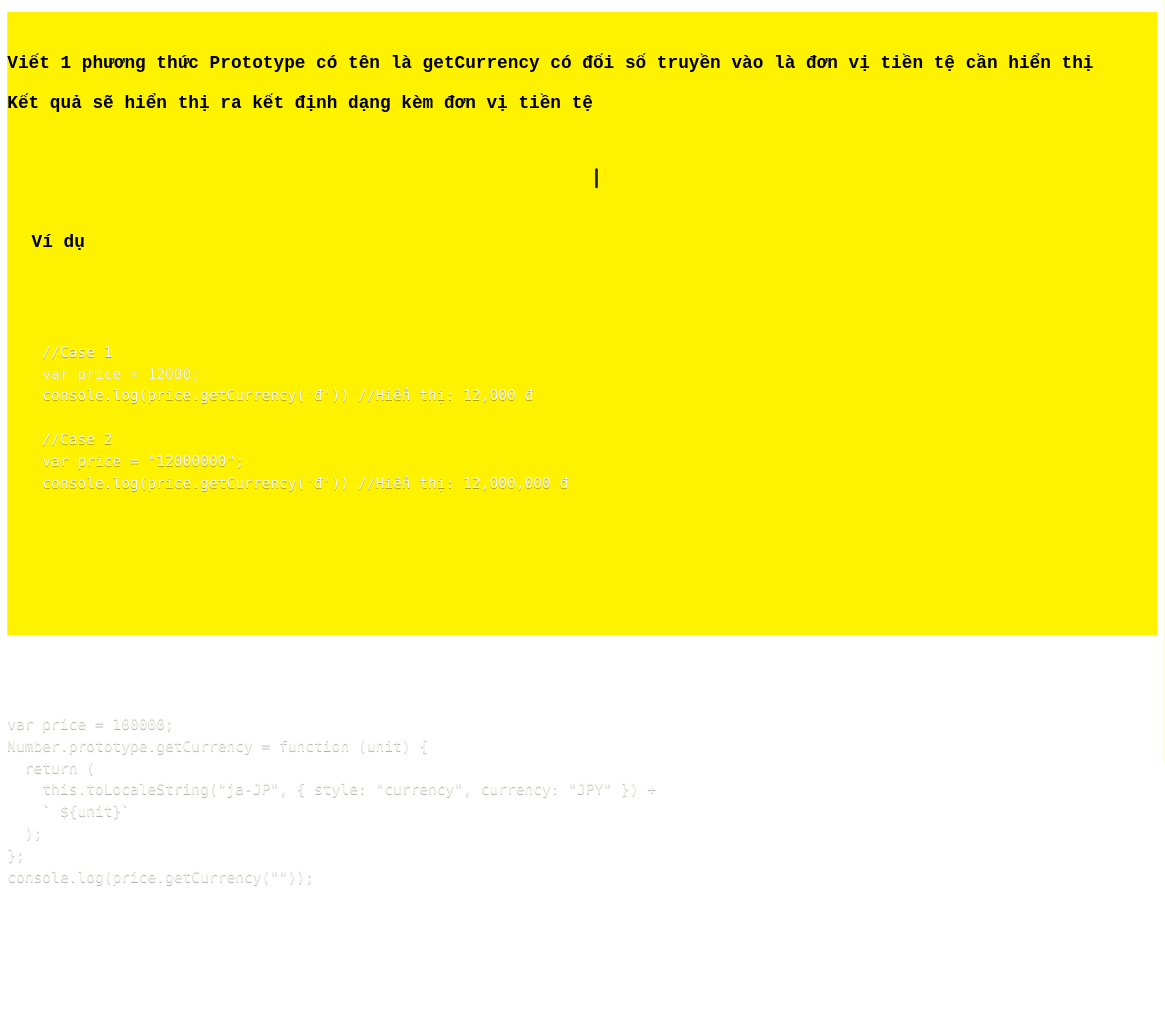
Repository: Dongnguyen318/Quydong
Page: Day 22.1/ex02.html
An editor plug-in stored every save of this project. The page is shown before and after the next save, followed by the edit.
The browser window is 1280 px wide. The pictures show the whole page, at 91% of full size.

Above is the page before, as saved 2023-09-05 23:18:38.

After the next save:
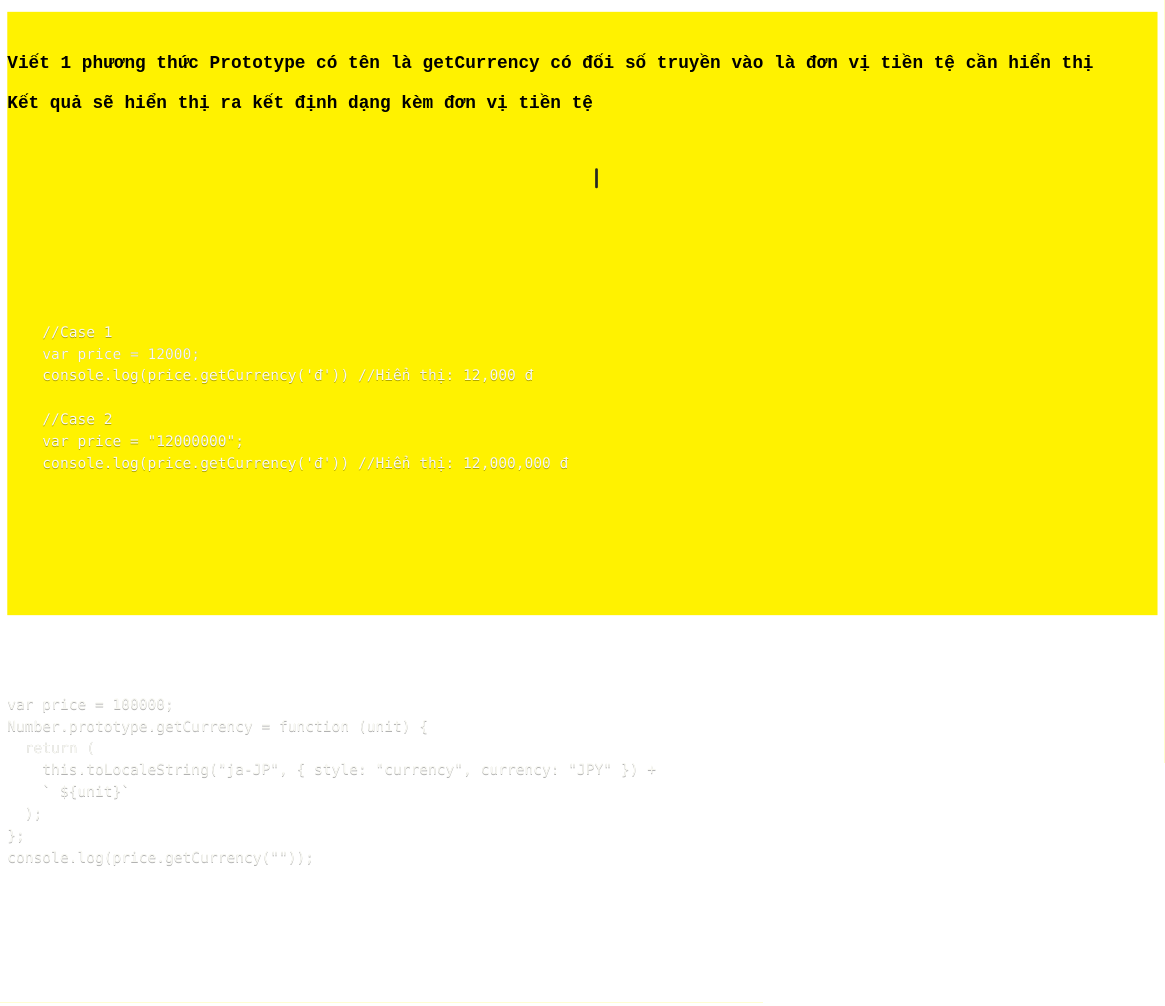
Saved 29 s later.
--- a/Day 22.1/ex02.html
+++ b/Day 22.1/ex02.html
@@ -19,7 +19,7 @@ Kết quả sẽ hiển thị ra kết định dạng kèm đơn vị tiền t
 <p style="text-align: center;">
     <code class="language-js">
     </code>
-    <h2 style="padding: 15px;" > Ví dụ</h2>
+    <h2 style="padding: 15px;" ></h2>
     <pre>
         <code class="language-js" >
     //Case 1
